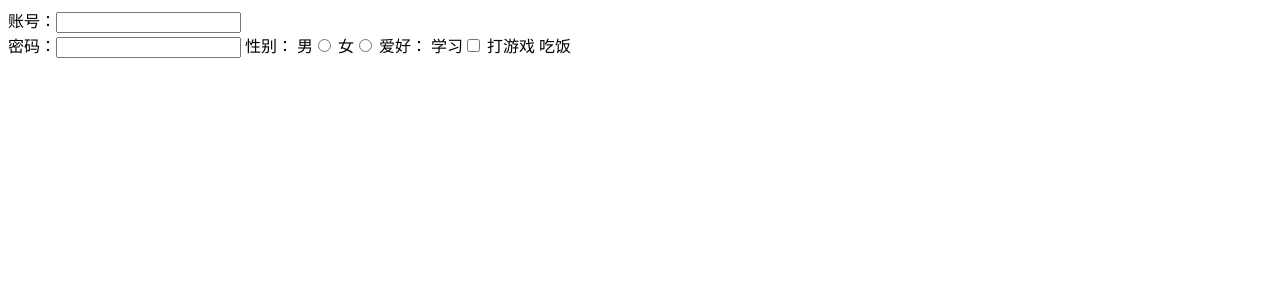
Repository: Lconfident/Learning_Process
Page: Vue/vue_basic/13__收集表单数据/1.收集表单数据.html
These files come from the project's save history. The page is drawn as it stood at one moment and after the next save; the edit follows.
The browser window is 1280 px wide. The pictures show the whole page.

Above is the page before, as saved 2023-07-22 10:07:37.

After the next save:
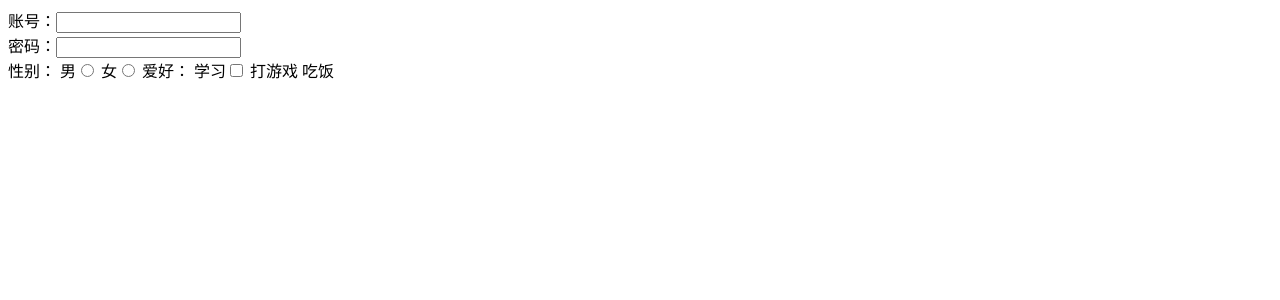
Saved 15 s later.
--- a/Vue/vue_basic/13__收集表单数据/1.收集表单数据.html
+++ b/Vue/vue_basic/13__收集表单数据/1.收集表单数据.html
@@ -14,7 +14,7 @@
     <div id="root">
         <form>
             账号：<input type="text"><br>
-            密码：<input type="password">
+            密码：<input type="password"><br>
             性别：
             男<input type="radio" name="gender">
             女<input type="radio" name="gender">
